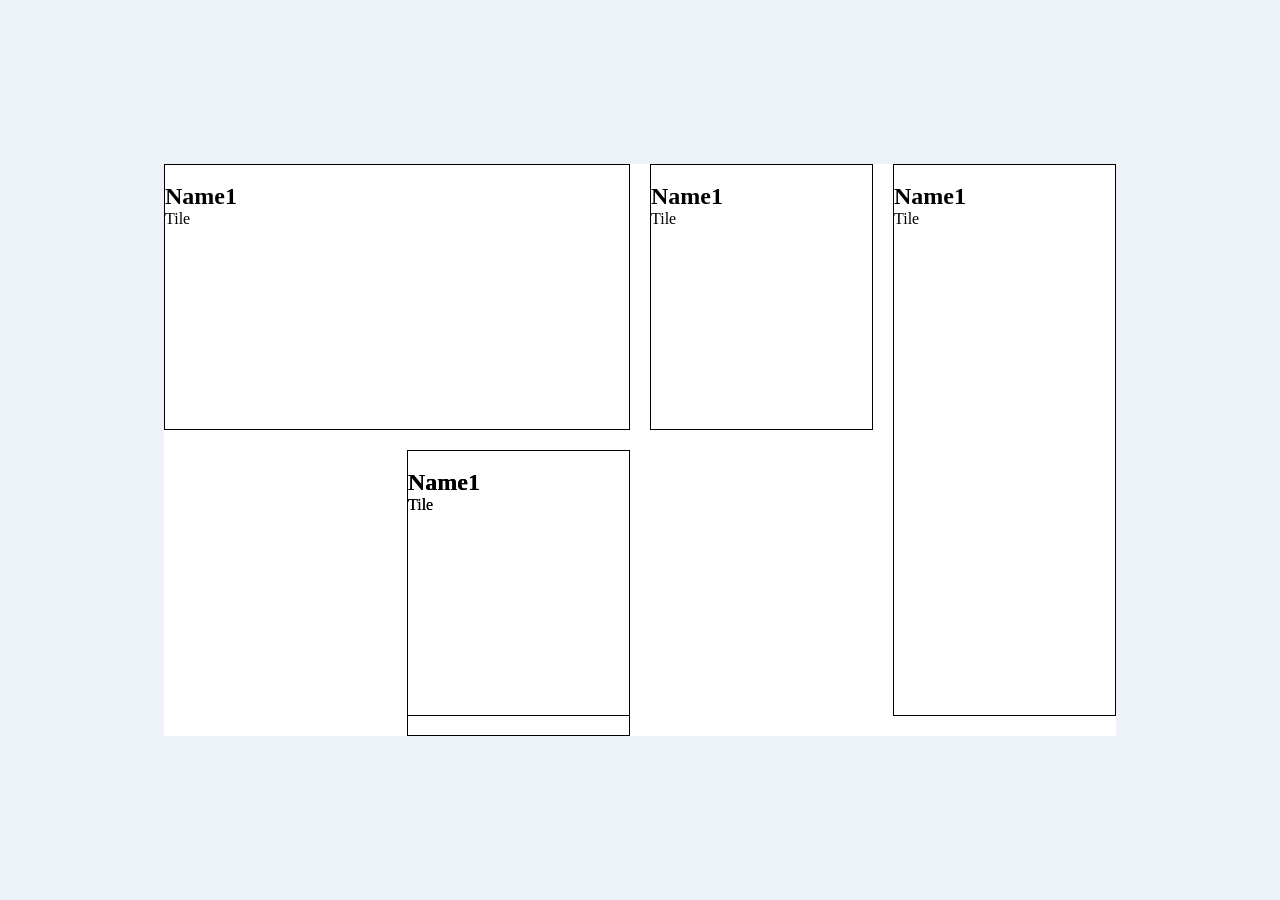
Repository: brandontaylor1/testimonial-card
Page: index.html
The author's editor kept a copy of each file at every save. The page is drawn from the files as they stood at one save, then again after the next save.
The browser window is 1280 px wide. The pictures show the whole page.

Above is the page before, as saved 2025-01-10 23:12:25.

### index.html
<!DOCTYPE html>
<html lang="en">
<head>
    <meta charset="UTF-8">
    <meta name="viewport" content="width=device-width, initial-scale=1.0">
    <link rel="preconnect" href="https://fonts.googleapis.com">
    <link rel="preconnect" href="https://fonts.gstatic.com" crossorigin>
    <link href="https://fonts.googleapis.com/css2?family=Barlow+Semi+Condensed:ital,wght@0,100;0,200;0,300;0,400;0,500;0,600;0,700;0,800;0,900;1,100;1,200;1,300;1,400;1,500;1,600;1,700;1,800;1,900&display=swap" rel="stylesheet">
    <link rel="stylesheet" href="styles.css">
    <title>Testimonial Grid </title>
</head>
<body>
    <section class="container">
        <main class="testimonial-grid">
            <div class="card" id="card-1">
                <div class="profile-content">
                    <img src="" alt="" class="profile-img">
                    <div class="profile-text">
                        <h2>Name1</h2>
                        <p>Tile</p>
                    </div>
                </div>
                <h1 class="card-heading"></h1>
                <h2 class="card-subheading"></h2>
            </div>
            <div class="card" id="card-2">
                <div class="profile-content">
                    <img src="" alt="" class="profile-img">
                    <div class="profile-text">
                        <h2>Name1</h2>
                        <p>Tile</p>
                    </div>
                </div>
                <h1 class="card-heading"></h1>
                <h2 class="card-subheading"></h2>
            </div>
            <div class="card" id="card-3">
                <div class="profile-content">
                    <img src="" alt="" class="profile-img">
                    <div class="profile-text">
                        <h2>Name1</h2>
                        <p>Tile</p>
                    </div>
                </div>
                <h1 class="card-heading"></h1>
                <h2 class="card-subheading"></h2>
            </div>
            <div class="card" id="card-4">
                <div class="profile-content">
                    <img src="" alt="" class="profile-img">
                    <div class="profile-text">
                        <h2>Name1</h2>
                        <p>Tile</p>
                    </div>
                </div>
                <h1 class="card-heading"></h1>
                <h2 class="card-subheading"></h2>
            </div>
            <div class="card" id="card-5">
                <div class="profile-content">
                    <img src="" alt="" class="profile-img">
                    <div class="profile-text">
                        <h2>Name1</h2>
                        <p>Tile</p>
                    </div>
                </div>
                <h1 class="card-heading"></h1>
                <h2 class="card-subheading"></h2>
            </div>



        </main>
    </section>
</body>
</html>

### styles.css
* {
    margin: 0;
    padding: 0;
    box-sizing: border-box;
}

:root {

    --primary-moderate-violet: hsl(263, 55%, 52%);
    --primary-very-dark-grayish-blue: hsl(217, 19%, 35%);
    --primary-very-dark-blackish-blue: hsl(219, 29%, 14%);
    --primary-white: hsl(0, 0%, 100%);

    --secondary-neurtal-light-gray: hsl(0, 0%, 81%);
    --seconday-light-grayish-blue: hsl(210, 46%, 95%);
}

body {
    background-color: #ECF2F8;
    padding: 164px
}

.testimonial-grid {
    display: grid;
    grid-template-columns: repeat(4, 1fr);
    grid-template-rows: repeat(2, 1fr);
    gap: 20px;
    background-color: var(--primary-white);
    height: 572px;
}

.card {
    border: 1px solid black;
    height: 100%;
}

#card-1 {
    grid-column: 1 / span 2;
}

#card-2 {
    grid-column: 3 / span 1;
}

#card-3 {
    grid-column: 4 / span 1;
    grid-row: 1 / span 2;
}

#card-4 {
    grid-column: 2 / span 1;
    grid-row: 2 / span 1;
}

#card-5 {
    grid-column: 2 / span 1;
    grid-row: 2 / span 2;

}

After the next save:
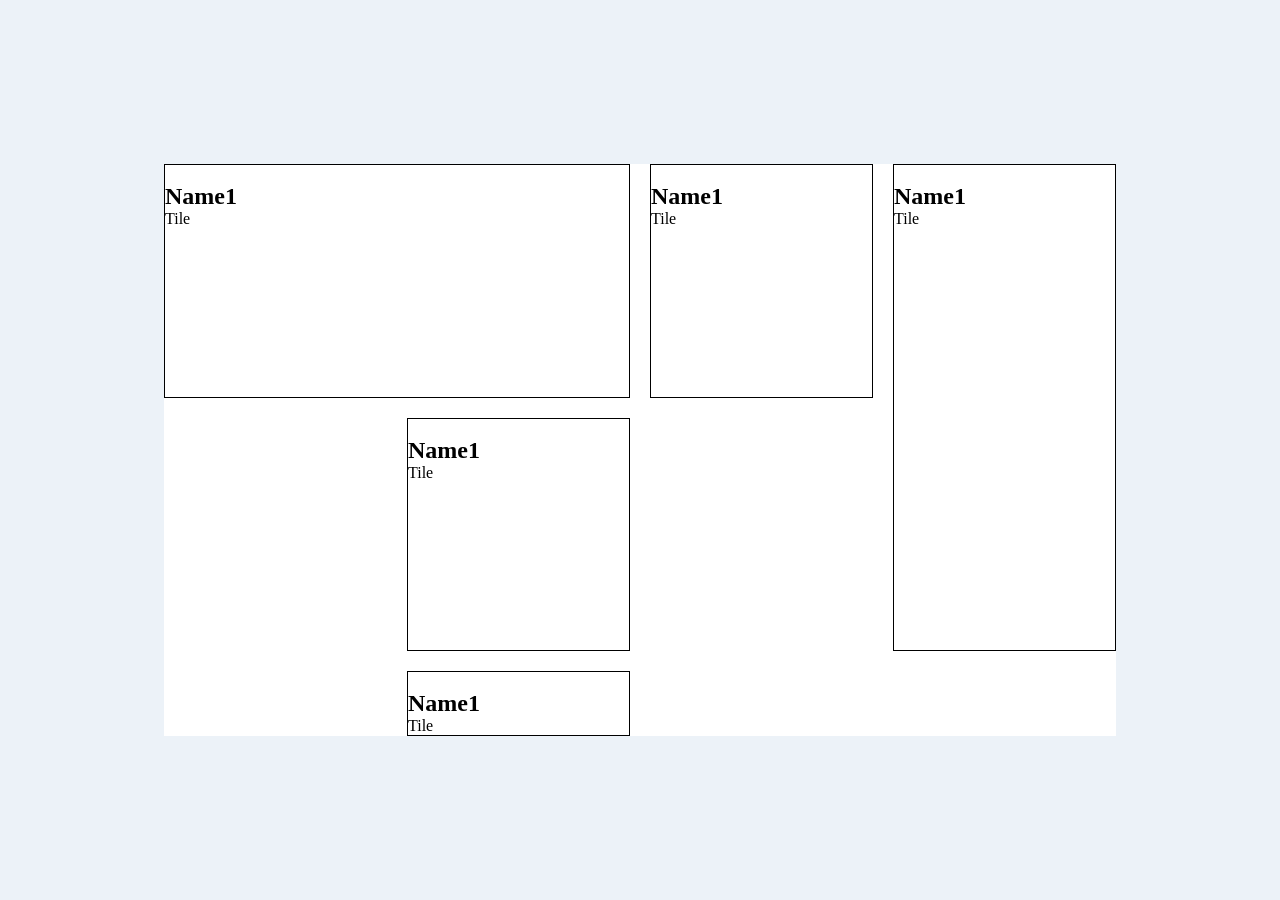
Saved 52 s later.
--- a/styles.css
+++ b/styles.css
@@ -53,7 +53,7 @@ body {
 }
 
 #card-5 {
-    grid-column: 2 / span 1;
-    grid-row: 2 / span 2;
+    grid-column: 2 / 3;
+    grid-row:  / span 2;
 
 }
